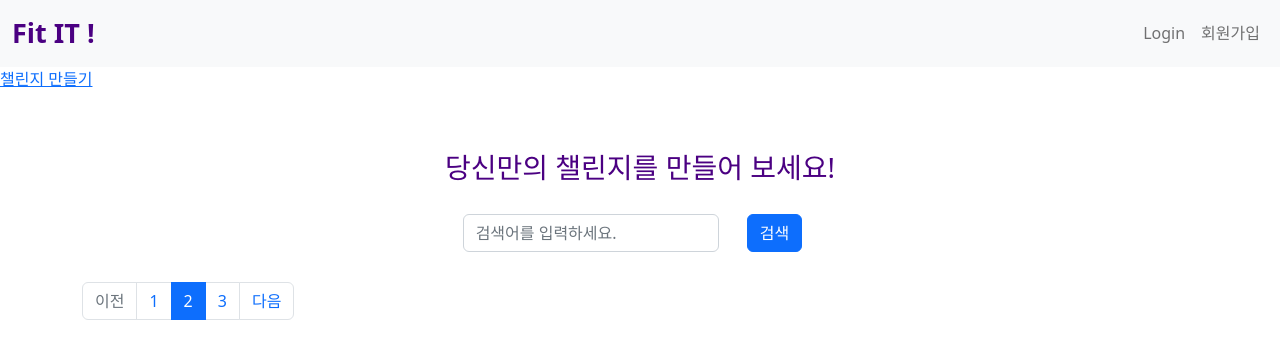
Repository: 4everGirls/Fit-IT-FRONT
Page: /makeChallenge (app in FrontEnd/fit-it/)
These files come from the project's save history. The page is drawn as it stood at one moment and after the next save; the edit follows.
The browser window is 1280 px wide. The pictures show the whole page.
The project was rebuilt for these pictures with package versions that can differ from the ones it lists, and the page was loaded fresh each time. Also part of the build but not shown: FrontEnd/fit-it/vue.config.js, FrontEnd/fit-it/src/views/HomeView.vue, FrontEnd/fit-it/src/components/user/RegistUser.vue, FrontEnd/fit-it/src/components/user/LoginUser.vue.

Above is the page before, as saved 2022-11-20 12:39:47.

### FrontEnd/fit-it/public/index.html
<!DOCTYPE html>
<html lang="">
  <head>
    <meta charset="utf-8" />
    <meta http-equiv="X-UA-Compatible" content="IE=edge" />
    <meta name="viewport" content="width=device-width,initial-scale=1.0" />
    <link rel="icon" href="<%= BASE_URL %>favicon.ico" />
    <link
      href="https://cdn.jsdelivr.net/npm/bootstrap@5.2.2/dist/css/bootstrap.min.css"
      rel="stylesheet"
      integrity="sha384-Zenh87qX5JnK2Jl0vWa8Ck2rdkQ2Bzep5IDxbcnCeuOxjzrPF/et3URy9Bv1WTRi"
      crossorigin="anonymous"
    />
    <script
      src="https://cdn.jsdelivr.net/npm/bootstrap@5.2.2/dist/js/bootstrap.bundle.min.js"
      integrity="sha384-OERcA2EqjJCMA+/3y+gxIOqMEjwtxJY7qPCqsdltbNJuaOe923+mo//f6V8Qbsw3"
      crossorigin="anonymous"
    ></script>
    <title><%= htmlWebpackPlugin.options.title %></title>
  </head>
  <body>
    <noscript>
      <strong
        >We're sorry but <%= htmlWebpackPlugin.options.title %> doesn't work
        properly without JavaScript enabled. Please enable it to
        continue.</strong
      >
    </noscript>
    <div id="app"></div>
    <!-- built files will be auto injected -->
  </body>
</html>

### FrontEnd/fit-it/src/App.vue
<template>
  <div id="app">
    <header-nav/>

    <router-link to="/makeChallenge">챌린지 만들기</router-link>
    <router-view />

  </div>
</template>

<script>
import HeaderNav from "@/components/common/HeaderNav.vue";

export default {
  name: "App",
  components: {
    HeaderNav,
  }
}
</script>

<style>
* {
  margin: 0;
  padding: 0;
  box-sizing: border-box;
  list-style: none;
}

.text-center {
  text-align: center;
}

</style>

### FrontEnd/fit-it/src/router/index.js
import Vue from "vue";
import VueRouter from "vue-router";
import HomeView from "../views/HomeView.vue";
import RegistUser from "@/components/user/RegistUser.vue";
import LoginUser from "@/components/user/LoginUser.vue";
import MakeChallenge from "@/views/MakeChallengeView.vue";

Vue.use(VueRouter);

const routes = [
  {
    path: "/",
    name: "home",
    component: HomeView,
  },
  {
    path: "/login",
    name: "login",
    component: LoginUser,
  },
  {
    path: "/regist",
    name: "regist",
    component: RegistUser,
  },
  {
    path: "/makeChallenge",
    name: "makeChallenge",
    component: MakeChallenge,
  },
];

const router = new VueRouter({
  mode: "history",
  base: process.env.BASE_URL,
  routes,
});

export default router;

### FrontEnd/fit-it/src/store/index.js
import Vue from 'vue'
import Vuex from 'vuex'
import axios from 'axios';
import router from "@/router";
import createPersistedState from "vuex-persistedstate";

Vue.use(Vuex)

const REST_API = `http://localhost:9999`;

export default new Vuex.Store({
  plugins: [createPersistedState()],
  state: {
    loginUser: null,
    videos: [],
    video: null,
  },
  getters: {
  },
  mutations: {
    LOGIN_USER(state, user) {
      state.loginUser = user;
    },
    SEARCH_VIDEO(state, videos) {
      state.videos = videos
    },
  },
  actions: {
    loginUser({ commit }, user) {
      console.log(user);
      const API_URL = `${REST_API}/userApi/login`;
      axios({
        url: API_URL,
        method: "POST",
        data: user,
      })
      .then((res) => {
        if (res.data.message === "success") {
          commit("LOGIN_USER", user);
          sessionStorage.setItem("access-token", res.data["access-token"]);
          router.push({ name: "home" });
        } else {
          alert("로그인에 실패하였습니다.");
        }
      })
      .catch((err) => {
        console.log(err);
      });
    },
    createUser({ commit }, user) {
      const API_URL = `${REST_API}/userApi/signup`;

      axios({
        url: API_URL,
        method: "POST",
        data: user,
      })
      .then((res) => {
        commit;
        res;
        alert("회원 가입이 완료 되었습니다.");
        router.push("/login");
      })
      .catch((err) => {
        console.log(err);
      });
    },
    searchVideo({commit}, keyword) {
      const YOUTUBE_KEY = process.env.VUE_APP_YOUTUBE_API_KEY;
      const API_URL = `https://www.googleapis.com/youtube/v3/search`;
      console.log(keyword);
      axios({
        url: API_URL,
        // method: "GET",
        params: {
          key: YOUTUBE_KEY,
          part: 'snippet',
          q: keyword,
          type: 'video',
          maxResults: 4,
        }
      })
        .then((res) => {
          console.log(res.data.items);
          commit("SEARCH_VIDEO", res.data.items)
        })
        .catch((err) => console.log(err));
    },
  },
  modules: {
  }
})

### FrontEnd/fit-it/src/components/common/HeaderNav.vue
<template>
    <header>
    <!-- 로그인 전 (login, )-->
    <!-- Nav Bar 오른쪽 정렬 -->
    <nav class="navbar navbar-expand-sm bg-light navbar-light">
        <div class="container-fluid">
            <router-link to="/" class="navbar-brand nav-link">Fit IT !</router-link>
            <div class="collapse navbar-collapse justify-content-end" id="collapsibleNavbar">
                <ul class="navbar-nav">
                <li class="nav-item">
                    <router-link to="/login" class="nav-link">Login</router-link>
                </li>
                <li class="nav-item">
                    <router-link to="/regist" class="nav-link">회원가입</router-link>
                </li>
                </ul>
            </div>
        </div>
    </nav>
    </header>
</template>

<script>
export default {
name: "HeaderNav",
};
</script>

<style>
.navbar-brand {
color: indigo;
font-weight: 750;
font-size: 27px;
}
</style>

### FrontEnd/fit-it/src/views/MakeChallengeView.vue
<template>
  <div class="container">
    <!--search-container-->
    <div class="row">
        <search-video></search-video>
        <search-result></search-result>
    </div>
    <!--result form-->
    <div></div>
  </div>
</template>

<script>
import SearchVideo from '@/components/challenge/MakeChallenge/SearchVideo.vue';
import SearchResult from '@/components/challenge/MakeChallenge/SearchResult.vue';

export default {
    name: "MakeChallenge",
    components: {
        SearchVideo,
        SearchResult,
    }
}
</script>

<style>

</style>

### FrontEnd/fit-it/src/components/challenge/MakeChallenge/SearchVideo.vue
<template>
  <div class="container">
    <div class="flex-container">
      <div class="flex-item">
        <h3 class="title">당신만의 챌린지를 만들어 보세요!</h3>
      </div>
      <div class="flex-item">
        <div class="row">
          <div class="col-3"></div>
          <div class="col">
            <form class="d-flex col" role="search">
              <input
                class="form-control me-1"
                type="search"
                placeholder="검색어를 입력하세요."
                aria-label="Search"
                size="60"
                v-on:keydown.enter.prevent="search"
                v-model="keyword"
              />
            </form>
          </div>
          <div class="col">
            <button class="btn btn-primary" type="submit" @click="search">
              검색
            </button>
          </div>
        </div>
      </div>
    </div>
  </div>
</template>

<script>
export default {
  name: "SearchVideo",
  data() {
    return {
      keyword: "",
    };
  },
  methods: {
    search() {
      if (this.keyword !== "") {
        let value = this.keyword && this.keyword.trim();
        this.$store.dispatch("searchVideo", value);
        this.clearInput();
      } else {
        alert("검색어를 입력하세요.");
      }
    },
    clearInput() {
      this.keyword = "";
    },
  },
};
</script>

<style scoped>
.title {
  margin: 30px;
  color: indigo;
  font-weight: 350;
}
.flex-container {
  display: flex;
  justify-content: center;
  align-items: center;
  flex-direction: column;
}
.container {
  padding: 30px;
}
</style>

### FrontEnd/fit-it/src/components/challenge/MakeChallenge/SearchResult.vue
<template>
  <div class="result-container">
    <li v-for="video in videos"
          :key="video.videoId"
          :video="video">
    <div class="list-container column">
      <div class="card" style="width: 18rem">
        <img
          class="card-img-top"
          :src="video.snippet.thumbnails.high.url"
          alt="video-img"
        />
        <div class="card-body">
          <p class="card-text">
            {{ video.snippet.title }}
          </p>
          <button>추가</button>
        </div>
      </div>
    </div>
    </li>
    <!--Pagination-->
    <footer>
      <ul class="pagination">
        <li class="page-item disabled">
          <span class="page-link">이전</span>
        </li>
        <li class="page-item"><a class="page-link" href="#">1</a></li>
        <li class="page-item active" aria-current="page">
          <span class="page-link">2</span>
        </li>
        <li class="page-item"><a class="page-link" href="#">3</a></li>
        <li class="page-item">
          <a class="page-link" href="#">다음</a>
        </li>
      </ul>
    </footer>
  </div>
</template>

<script>
import { mapState } from "vuex";
export default {
  name: "SearchResult",
  computed: {
    ...mapState(["videos", "video"]),
  },
};
</script>

<style></style>

Loaded but not shown: FrontEnd/fit-it/src/main.js (common file)

After the next save:
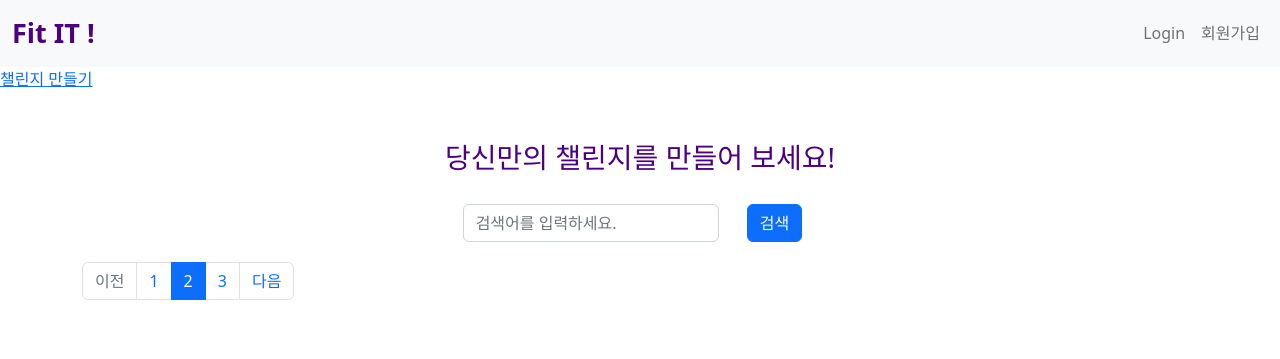
Saved 46 s later.
--- a/FrontEnd/fit-it/src/components/challenge/MakeChallenge/SearchVideo.vue
+++ b/FrontEnd/fit-it/src/components/challenge/MakeChallenge/SearchVideo.vue
@@ -69,6 +69,6 @@ export default {
   flex-direction: column;
 }
 .container {
-  padding: 30px;
+  padding: 20px;
 }
 </style>
